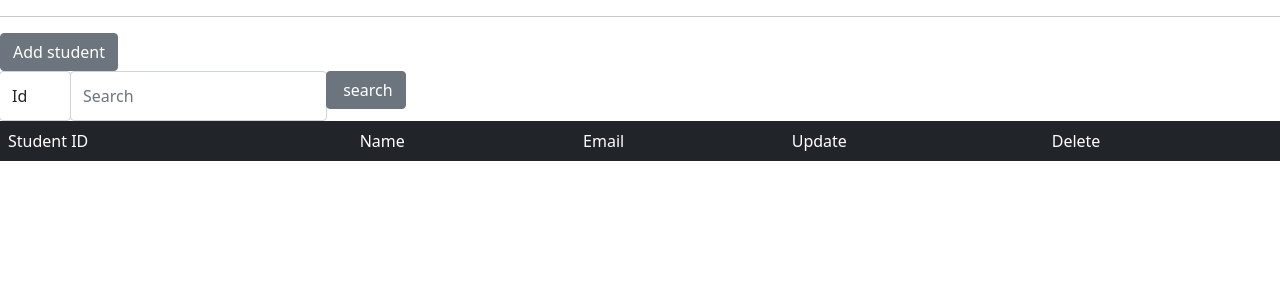
Repository: pradeep9689/monoceptAssignment
Page: http://localhost/09-student-mvc-db/StudentControlller
These files come from the project's save history. The page is drawn as it stood at one moment and after the next save; the edit follows.
The browser window is 1280 px wide. The pictures show the whole page.
The page is served by Tomcat 9. Other server files are loaded and not shown. Queries for data that is not in the repository find no rows.

Above is the page before, as saved 2024-07-19 04:14:20.

### 09-student-mvc-db/WebContent/view.jsp
<%@ page language="java" contentType="text/html; charset=ISO-8859-1"
    pageEncoding="ISO-8859-1"%>
    <%@ page
	import="java.util.List,java.util.ArrayList"%>
<%@ taglib uri="http://java.sun.com/jsp/jstl/core" prefix="c"%>
<%@ taglib uri="http://java.sun.com/jsp/jstl/functions" prefix="fn"%>
<!DOCTYPE html>
<html>
<head>
<link href="https://cdn.jsdelivr.net/npm/bootstrap@5.0.2/dist/css/bootstrap.min.css" rel="stylesheet" integrity="sha384-EVSTQN3/azprG1Anm3QDgpJLIm9Nao0Yz1ztcQTwFspd3yD65VohhpuuCOmLASjC" crossorigin="anonymous">
<meta charset="ISO-8859-1">
<title>Insert title here</title>
</head>
<body>
<hr>
<form action="addStudent.jsp" method="get">


        <input type="submit" value="Add student" class="btn btn-secondary"  >
    </form>
    <form class="input-group" action="StudentControlller" method="get">
    <input type="hidden" name="command" value="search" />
    <div class="form-group">
      <select class="form-control" id="type" name="type" style="height:50px;">
        <option value="Id">Id</option>
        <option value="Name">Name</option>

        <option value="Email">Email</option>
      </select>
    </div>
    <div class="form-outline">
      <input type="search" id="input" name="input" style="height:50px;"class="form-control" placeholder="Search" />
    </div>
    <span class="input-group-append">
     <input type="submit" value=" search" class="btn btn-secondary"  >

      </button>
    </span>
  </form>
<table  class="table table-dark table-borderless">
		<tr>
			<td>Student ID</td>
			<td>Name</td>
			<td>Email</td>
			<td>Update</td>
			<td>Delete</td>

		</tr>
		<c:forEach var="student" items="${theStudentList}">
			<tr>
				<td>${student.id}</td>
				<td>${student.name}</td>
				<td>${student.email}</td>
				<td>
				<a href="StudentControlller?command=load&id=${student.id}" class="btn btn-secondary">Update</a>
				<%-- <c:url var="updateLink" value="StudentControlller">
          <c:param name="command" value="load" />
          <c:param name="id" value="${student.id}" />
        </c:url> --%>
				<a href="StudentControlller?command=delete&id=${student.id}" class="btn btn-warning">Delete</a>
				</td>
			</tr>
		</c:forEach>
	</table>

</body>
</html>

### 09-student-mvc-db/src/com/monocept/controller/StudentControlller.java
package com.monocept.controller;

import java.io.IOException;
import java.io.PrintWriter;
import java.sql.SQLException;
import java.util.ArrayList;
import java.util.List;

import javax.annotation.Resource;
import javax.servlet.RequestDispatcher;
import javax.servlet.ServletException;
import javax.servlet.annotation.WebServlet;
import javax.servlet.http.HttpServlet;
import javax.servlet.http.HttpServletRequest;
import javax.servlet.http.HttpServletResponse;
import javax.sql.DataSource;

import com.monocept.entity.Student;
import com.monocept.entity.Studentdb;

@WebServlet("/StudentControlller")
public class StudentControlller extends HttpServlet {
	private static final long serialVersionUID = 1L;
	private Studentdb studentdb;
	@Resource(name = "jdbc/student")
	private DataSource dataSource;

	@Override
	public void init() throws ServletException {

		super.init();
		studentdb = new Studentdb(dataSource);
	}

	protected void doGet(HttpServletRequest request, HttpServletResponse response)
			throws ServletException, IOException {
		String command;
		command = request.getParameter("command");
		System.out.println(command);

		if (command == null) {
			command = "list";
		}

		switch (command) {
		case "add":
			addStudent(request, response);
			break;

		case "load":
			try {
				loadStudent(request, response);
			} catch (ServletException e) {
				e.printStackTrace();
			} catch (IOException e) {
				e.printStackTrace();
			} catch (SQLException e) {
				e.printStackTrace();
			}
			break;

		case "delete":
			deleteStudent(request, response);
			break;
		case "update":
			updateStudent(request, response);
			break;
		case "search":
			try {
				searchStudent(request, response);
			} catch (SQLException e) {
				// TODO Auto-generated catch block
				e.printStackTrace();
			} catch (IOException e) {
				// TODO Auto-generated catch block
				e.printStackTrace();
			}
			break;
		default:
			listOfStudent(request, response);
		}
	}

	private void searchStudent(HttpServletRequest request, HttpServletResponse response)
			throws SQLException, IOException, ServletException {
		String input = request.getParameter("input");
		String type = request.getParameter("type");
		List<Student> studentList = new ArrayList<Student>();
		switch (type) {
		case "Id":
			int id = Integer.parseInt(input);
			Student student = studentdb.getStudent(id);
			studentList.add(student);
			break;

		default:
			studentList = studentdb.searchStudents(type, input);
			break;
		}
		System.out.println(studentList);
		request.setAttribute("theStudentList", studentList);
		RequestDispatcher requestDispatcher = request.getRequestDispatcher("view.jsp");
		try {
			requestDispatcher.forward(request, response);
		} catch (ServletException e) {
			e.printStackTrace();
		} catch (IOException e) {
			e.printStackTrace();
		}

	}

	private void updateStudent(HttpServletRequest request, HttpServletResponse response)
			throws ServletException, IOException {
		System.out.println("update method");
		int id = Integer.parseInt(request.getParameter("id"));
		System.out.println(id);
		String name = request.getParameter("name");

		String email = request.getParameter("email");

		Student updatedStudent = new Student(id, name, email);
		System.out.println(updatedStudent);
		studentdb.updateStudent(updatedStudent);
		// listOfStudent(request, response);
		response.sendRedirect(request.getContextPath() + "/StudentControlller?command=list");

	}

	private void loadStudent(HttpServletRequest request, HttpServletResponse response)
			throws ServletException, IOException, SQLException {
		int id = Integer.parseInt(request.getParameter("id"));
		Student student = studentdb.getStudent(id);

		RequestDispatcher requestDispatcher = request.getRequestDispatcher("update-student-form.jsp");
		request.setAttribute("theStudent", student);
		requestDispatcher.forward(request, response);

	}

	private void deleteStudent(HttpServletRequest request, HttpServletResponse response) throws IOException {

		int studentId = Integer.parseInt(request.getParameter("id"));
		studentdb.deleteStudent(studentId);
		response.sendRedirect(request.getContextPath() + "/StudentControlller?command=list");

	}

	private void addStudent(HttpServletRequest request, HttpServletResponse response)
			throws IOException, ServletException {
		String name = request.getParameter("student_name");
		String email = request.getParameter("student_mail");
		Student student = new Student(name, email);
		boolean isAdded = studentdb.addStudent(student);
		// listOfStudent(request, response);
		response.sendRedirect(request.getContextPath() + "/StudentControlller?command=list");

	}

	private void listOfStudent(HttpServletRequest request, HttpServletResponse response)
			throws ServletException, IOException {
		List<Student> studentList = studentdb.getStudents();

		RequestDispatcher requestDispatcher = request.getRequestDispatcher("view.jsp");
		request.setAttribute("theStudentList", studentList);
		requestDispatcher.forward(request, response);
	}

	protected void doPost(HttpServletRequest request, HttpServletResponse response)
			throws ServletException, IOException {

		doGet(request, response);
	}

}

After the next save:
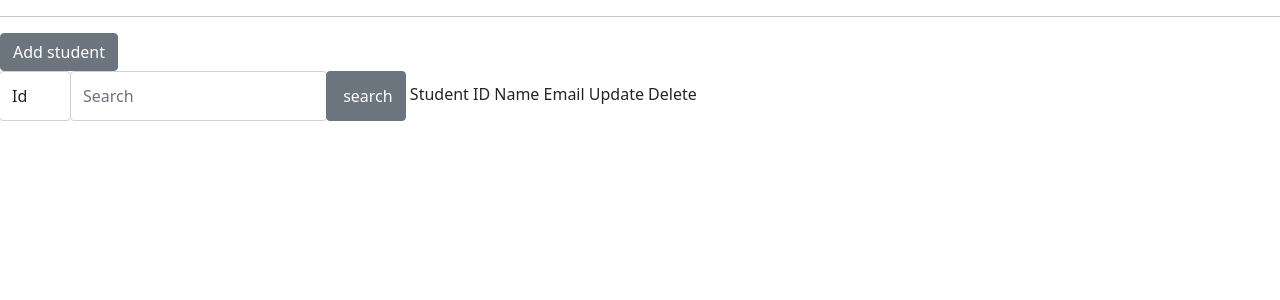
Saved 32 s later.
--- a/09-student-mvc-db/WebContent/view.jsp
+++ b/09-student-mvc-db/WebContent/view.jsp
@@ -32,7 +32,7 @@
       <input type="search" id="input" name="input" style="height:50px;"class="form-control" placeholder="Search" />
     </div>
     <span class="input-group-append">
-     <input type="submit" value=" search" class="btn btn-secondary"  >
+     <input type="submit" value=" search" class="btn btn-secondary" style="height:50px;  >
 
       </button>
     </span>

After the save that followed:
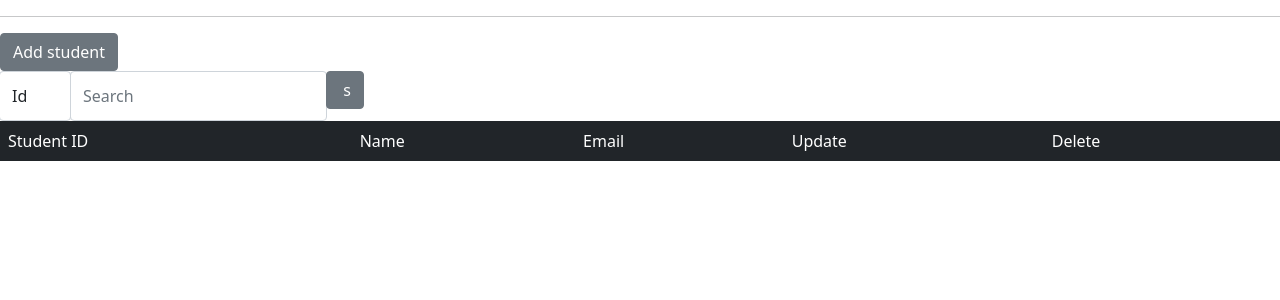
Saved 17 s later.
--- a/09-student-mvc-db/WebContent/view.jsp
+++ b/09-student-mvc-db/WebContent/view.jsp
@@ -32,7 +32,7 @@
       <input type="search" id="input" name="input" style="height:50px;"class="form-control" placeholder="Search" />
     </div>
     <span class="input-group-append">
-     <input type="submit" value=" search" class="btn btn-secondary" style="height:50px;  >
+     <input type="submit" value=" s" class="btn btn-secondary"  >
 
       </button>
     </span>
